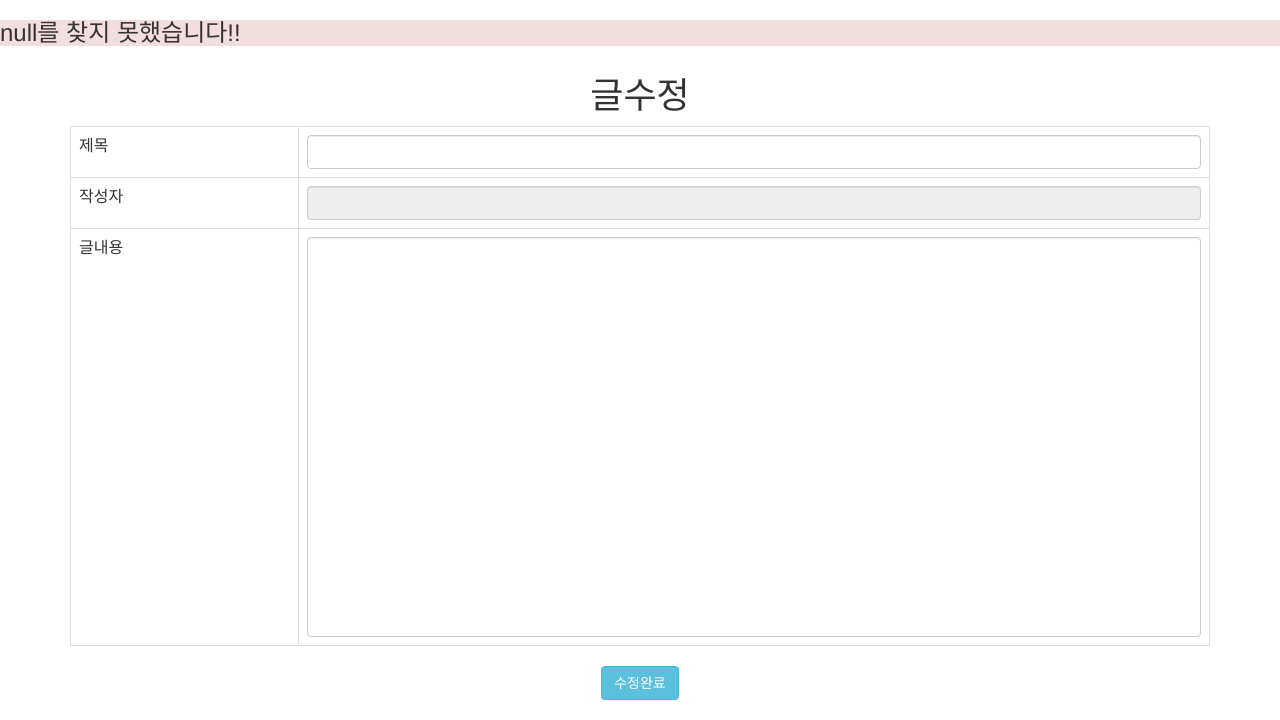
Repository: juhee1020/studying
Page: http://localhost/jsp_board/boardupdateForm.jsp
These files come from the project's save history. The page is drawn as it stood at one moment and after the next save; the edit follows.
The browser window is 1280 px wide. The pictures show the whole page.
The page is served by Tomcat 9. Queries for data that is not in the repository find no rows.

Above is the page before, as saved 2022-12-15 09:26:52.

After the next save:
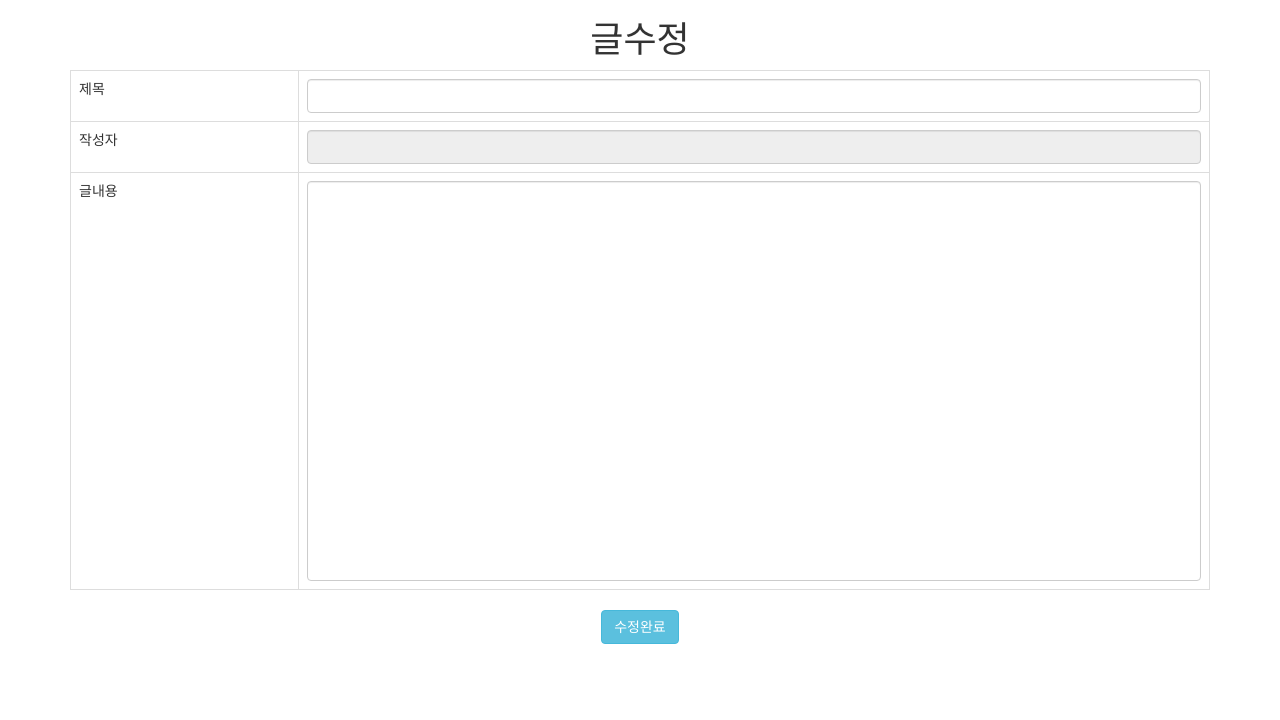
Saved 34 s later.
--- a/JSP/jsp_board/WebContent/boardupdateForm.jsp
+++ b/JSP/jsp_board/WebContent/boardupdateForm.jsp
@@ -14,27 +14,6 @@
 	Statement stmt = null;
     ResultSet rs = null;
     String sql="select * from member where bno = '" + bno + "'";
-
-    try{
-    	stmt = conn.createStatement();
-		rs = stmt.executeQuery(sql);
-
-		if(rs.next()) {
-			subject = rs.getString("subject");
-			writer = rs.getString("writer");
-			content = rs.getString("content");
-		} else {
-			out.write("<h3 class='bg-danger text-white'>" + bno + "를 찾지 못했습니다!!</h3>");
-		}
-
-    }catch(Exception e){
-    	e.printStackTrace();
-    }finally{
-    	try{
-    		if(stmt!=null)stmt.close();
-    		if(conn!=null)conn.close();
-    	}catch(Exception e){}
-    }
 %>
 <!DOCTYPE html>
 <html>
